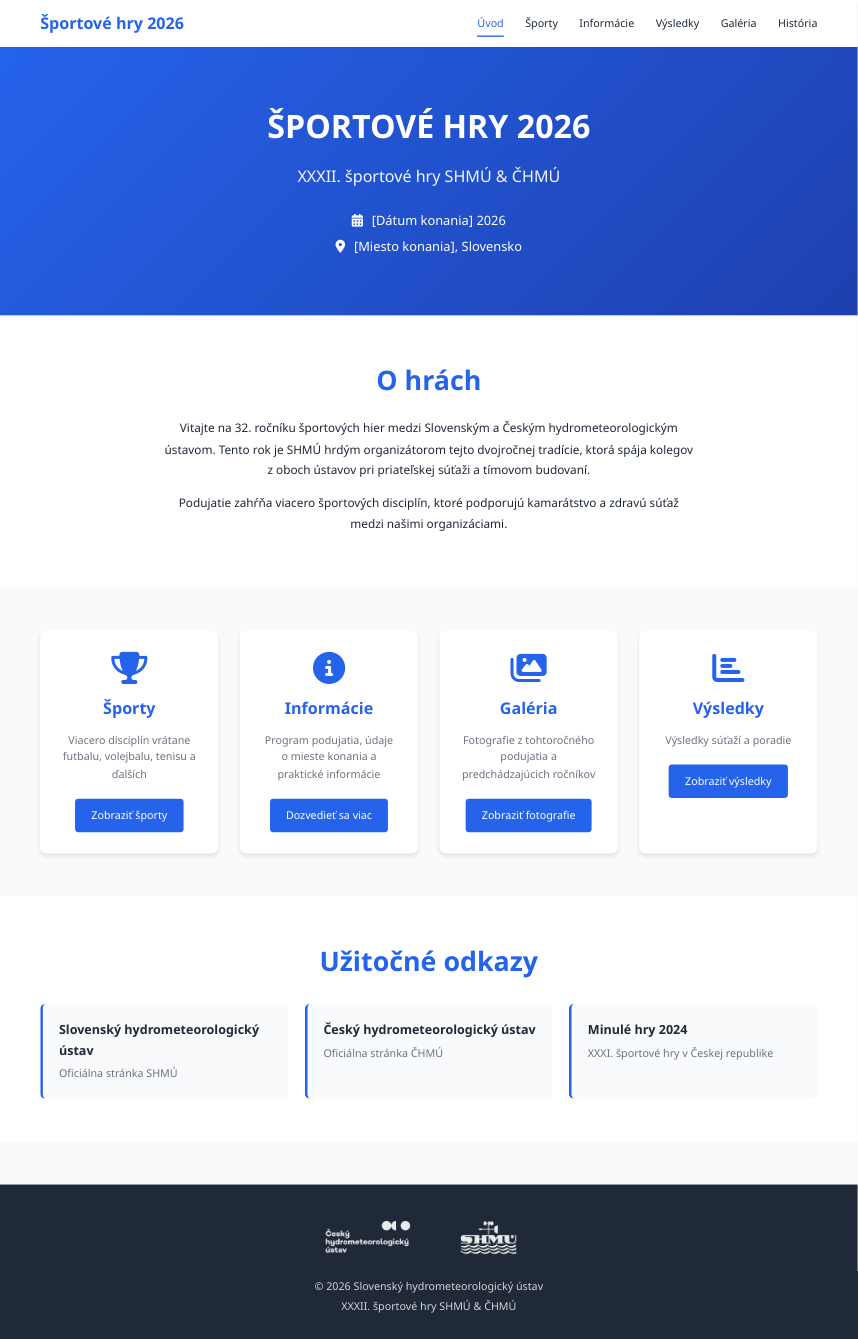
Repository: samiljimari/SHMU-web
Page: index.html
The author's editor kept a copy of each file at every save. The page is drawn from the files as they stood at one save, then again after the next save.
The browser window is 1280 px wide. The pictures show the whole page, at 67% of full size.

Above is the page before, as saved 2026-01-13 12:23:37.

After the next save:
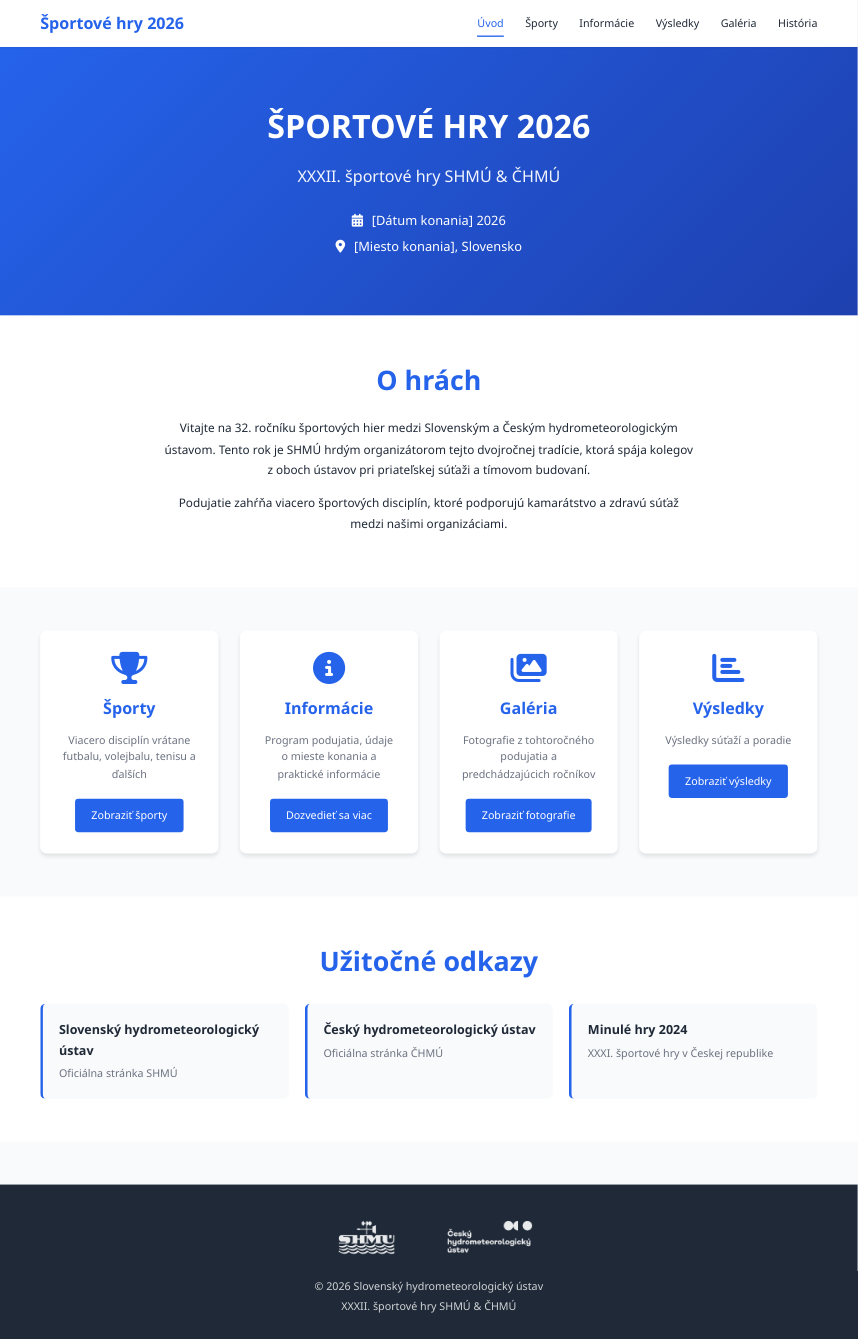
Saved 20 h 29 min later.
--- a/index.html
+++ b/index.html
@@ -112,8 +112,8 @@
     <footer>
         <div class="container">
             <div class="footer-logos">
+                <img src="logoSHMI_white.png" alt="SHMÚ Logo">
                 <img src="logoCHMI_white.png" alt="ČHMÚ Logo">
-                <img src="logoSHMI_white.png" alt="SHMÚ Logo">
             </div>
             <p>&copy; 2026 Slovenský hydrometeorologický ústav</p>
             <p>XXXII. športové hry SHMÚ & ČHMÚ</p>
